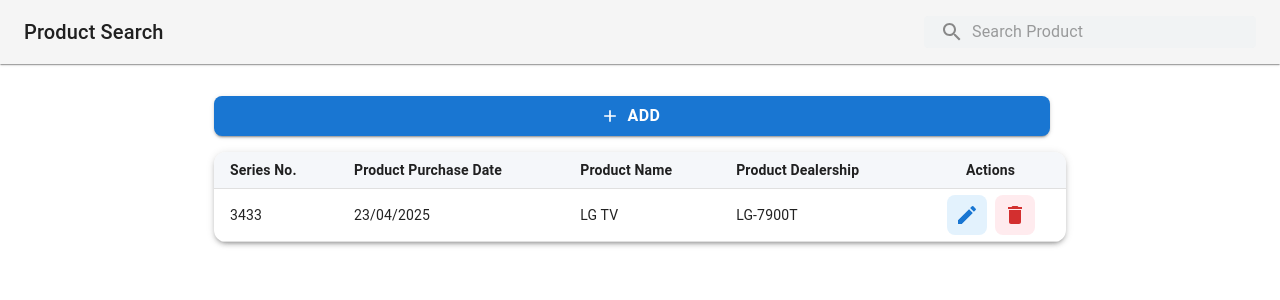
Repository: Sharathguru/Product_Task
Page: / (app in Frontend/)
These files come from the project's save history. The page is drawn as it stood at one moment and after the next save; the edit follows.
The browser window is 1280 px wide. The pictures show the whole page.
The project was rebuilt for these pictures with package versions that can differ from the ones it lists, and the page was loaded fresh each time. Requests to the local data server were answered from the project's data file. Also part of the build but not shown: Frontend/vite.config.js, Frontend/src/index.css, Frontend/src/Pages/product.js, Frontend/src/Pages/Insert.jsx, Frontend/src/Pages/Update.jsx, Frontend/src/Pages/Delete.jsx.

Above is the page before, as saved 2025-06-13 16:27:26.

After the next save:
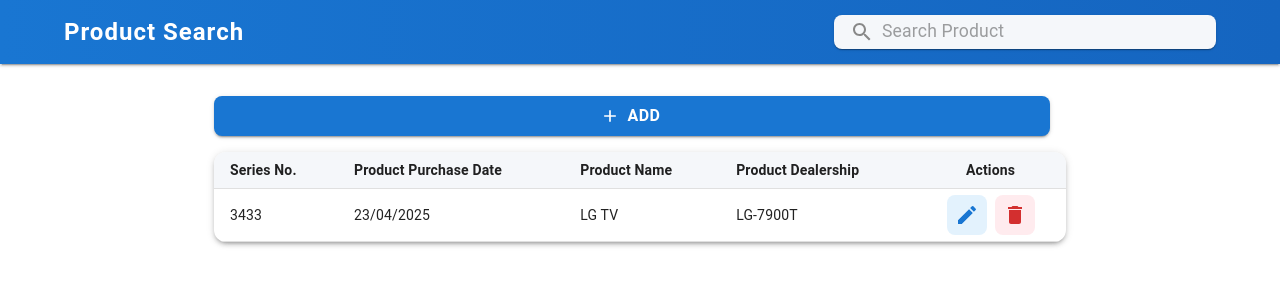
Saved 66 s later.
--- a/Frontend/src/Components/Navbar.jsx
+++ b/Frontend/src/Components/Navbar.jsx
@@ -5,38 +5,79 @@ import Typography from "@mui/material/Typography";
 import Box from "@mui/material/Box";
 import InputBase from "@mui/material/InputBase";
 import SearchIcon from "@mui/icons-material/Search";
+import Container from "@mui/material/Container";
+import useMediaQuery from "@mui/material/useMediaQuery";
+import { useTheme } from "@mui/material/styles";
 
 const Navbar = ({ search, setSearch }) => {
+  const theme = useTheme();
+  const isMobile = useMediaQuery(theme.breakpoints.down("sm"));
+
   return (
-    <AppBar position="static"  color="default" elevation={1}>
-      <Toolbar>
-        <Box sx={{ display: "flex", alignItems: "center", flexGrow: 1 }}>
-          <Typography variant="h6" color="inherit" noWrap>
-            Product Search
-          </Typography>
-        </Box>
-        <Box
+    <AppBar
+      position="static"
+      elevation={2}
+      sx={{
+        background: "linear-gradient(90deg, #1976d2 0%, #1565c0 100%)", // Custom blue gradient
+      }}
+    >
+      <Container maxWidth="lg" disableGutters>
+        <Toolbar
           sx={{
-            position: "relative",
-            borderRadius: 1,
-            backgroundColor: "#f1f3f4",
-            marginLeft: 0,
-            width: 300,
             display: "flex",
-            alignItems: "center",
-            px: 2,
+            flexDirection: isMobile ? "column" : "row",
+            alignItems: isMobile ? "stretch" : "center",
+            justifyContent: "space-between",
+            gap: isMobile ? 2 : 0,
+            py: isMobile ? 1 : 0,
           }}
         >
-          <SearchIcon sx={{ color: "#888", mr: 1 }} />
-          <InputBase
-            placeholder="Search Product"
-            inputProps={{ "aria-label": "search" }}
-            fullWidth
-            value={search}
-            onChange={(e) => setSearch(e.target.value)}
-          />
-        </Box>
-      </Toolbar>
+          <Box
+            sx={{
+              flexGrow: 1,
+              display: "flex",
+              alignItems: "center",
+              justifyContent: isMobile ? "center" : "flex-start",
+              width: isMobile ? "100%" : "auto",
+              mb: isMobile ? 1 : 0,
+            }}
+          >
+            <Typography
+              variant="h5"
+              color="inherit"
+              noWrap
+              sx={{
+                fontWeight: 700,
+                letterSpacing: 1,
+              }}
+            >
+              Product Search
+            </Typography>
+          </Box>
+          <Box
+            sx={{
+              position: "relative",
+              borderRadius: 2,
+              backgroundColor: "#f5f7fa",
+              width: isMobile ? "100%" : 350,
+              display: "flex",
+              alignItems: "center",
+              px: 2,
+              boxShadow: 1,
+            }}
+          >
+            <SearchIcon sx={{ color: "#888", mr: 1 }} />
+            <InputBase
+              placeholder="Search Product"
+              inputProps={{ "aria-label": "search" }}
+              fullWidth
+              value={search}
+              onChange={(e) => setSearch(e.target.value)}
+              sx={{ fontSize: isMobile ? "1rem" : "1.1rem" }}
+            />
+          </Box>
+        </Toolbar>
+      </Container>
     </AppBar>
   );
 };
